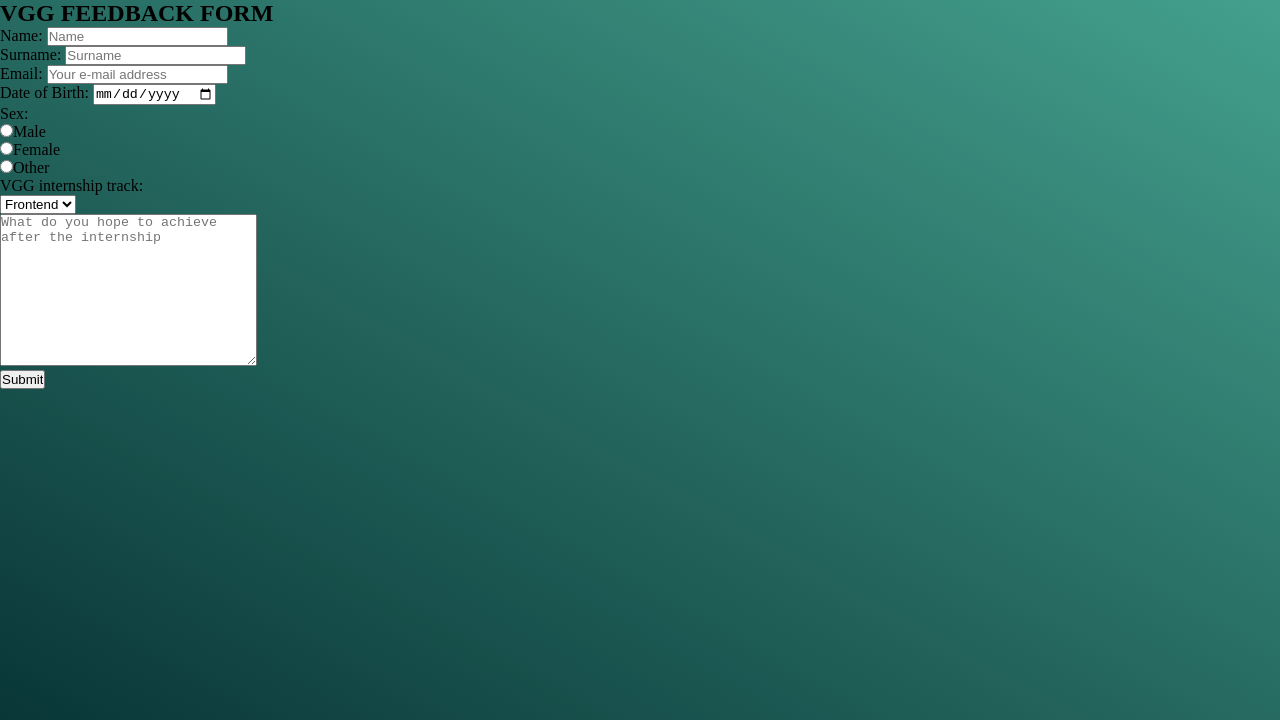
Repository: iphyokafor/VGG-Feedback-form
Page: index.html
An editor plug-in stored every save of this project. The page is shown before and after the next save, followed by the edit.
The browser window is 1280 px wide. The pictures show the whole page.

Above is the page before, as saved 2020-01-12 21:46:32.

### index.html
<!DOCTYPE html>
<html lang="en">

<head>
    <meta charset="UTF-8">
    <meta name="viewport" content="width=device-width, initial-scale=1.0">
    <meta http-equiv="X-UA-Compatible" content="ie=edge">
    <title>VGG Feedback Form</title>
    <link rel="stylesheet" href="./style.css">
</head>

<body>

    <form name="VGG Internship Feedback form" id="VGG_form" method="POST" action="#" class="container">
        <div>
            <section id="form-items">
                <h2>VGG FEEDBACK FORM</h2>
                Name: <input type="text" placeholder="Name"><br> Surname: <input type="text" placeholder="Surname"><br> Email: <input type="email" name="email" id="email" placeholder="Your e-mail address" required><br> Date of Birth: <input type="date"
                    name="Date of Birth"><br> Sex:
                <br>
                <input type="radio" name="gender">Male<br>
                <input type="radio" name="gender">Female<br>
                <input type="radio" name="gender">Other<br> VGG internship track: <br>
                <select>
              <option value="Frontend">Frontend</option>
              <option value="Backend">Backend</option>
              <option value="UI/UX">UI/UX</option>
              <option value="DevOps">DevOps</option>
            </select><br>
                <textarea name="message" id="message" placeholder="What do you hope to achieve after the internship" cols="30" rows="10"></textarea><br>
                <input type="submit" value="Submit">
            </section>
        </div>
    </form>

</body>

</html>

### style.css
* {
    margin: 0;
    padding: 0;
    box-sizing: border-box;
}

body {
    background: linear-gradient(to right top, #093637, #44A08D);
    background-repeat: no-repeat;
    height: 100vh;
}


/* .container {
    box-sizing: border-box;
    box-shadow: 4px 5px 5px solid black;
} */

form {
    /* margin: auto;
    padding: 20px; */
}

After the next save:
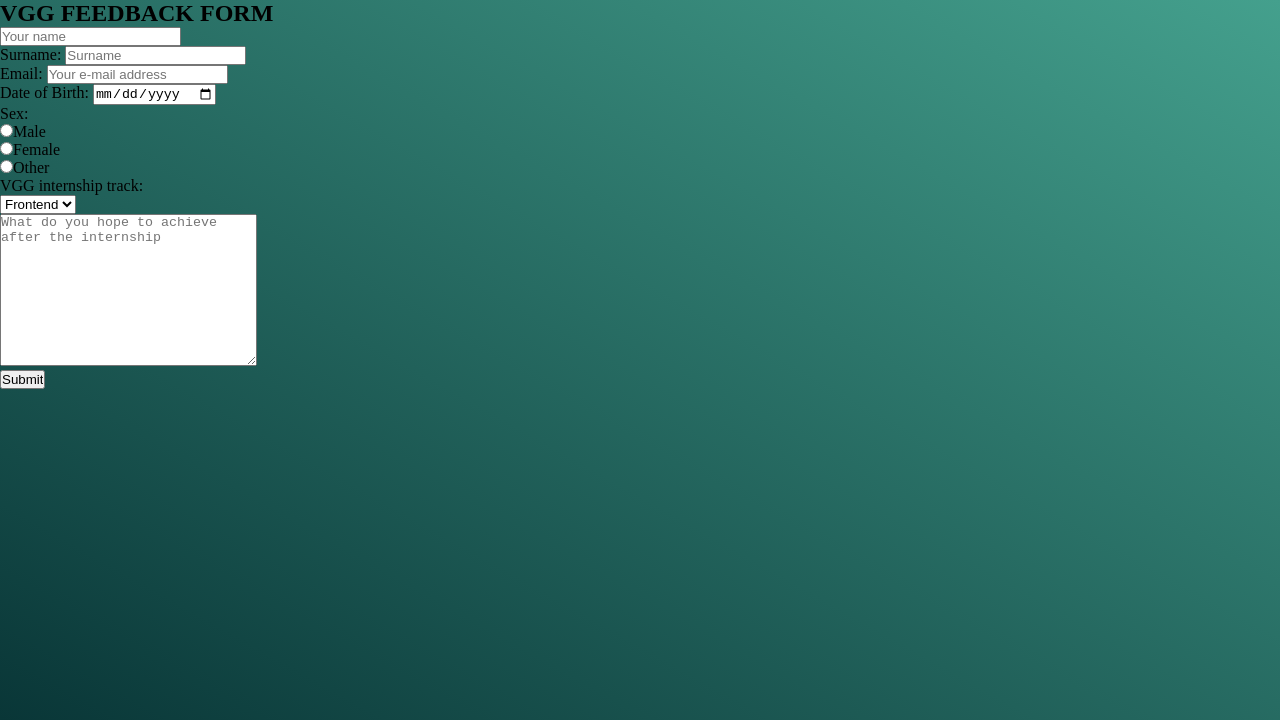
Saved 5 min 48 s later.
--- a/index.html
+++ b/index.html
@@ -15,8 +15,7 @@
         <div>
             <section id="form-items">
                 <h2>VGG FEEDBACK FORM</h2>
-                Name: <input type="text" placeholder="Name"><br> Surname: <input type="text" placeholder="Surname"><br> Email: <input type="email" name="email" id="email" placeholder="Your e-mail address" required><br> Date of Birth: <input type="date"
-                    name="Date of Birth"><br> Sex:
+                <input type="text" name="name" id="name" placeholder="Your name" class="txtinput"><br> Surname: <input type="text" placeholder="Surname"><br> Email: <input type="email" name="email" id="email" placeholder="Your e-mail address" required><br>                Date of Birth: <input type="date" name="Date of Birth"><br> Sex:
                 <br>
                 <input type="radio" name="gender">Male<br>
                 <input type="radio" name="gender">Female<br>
